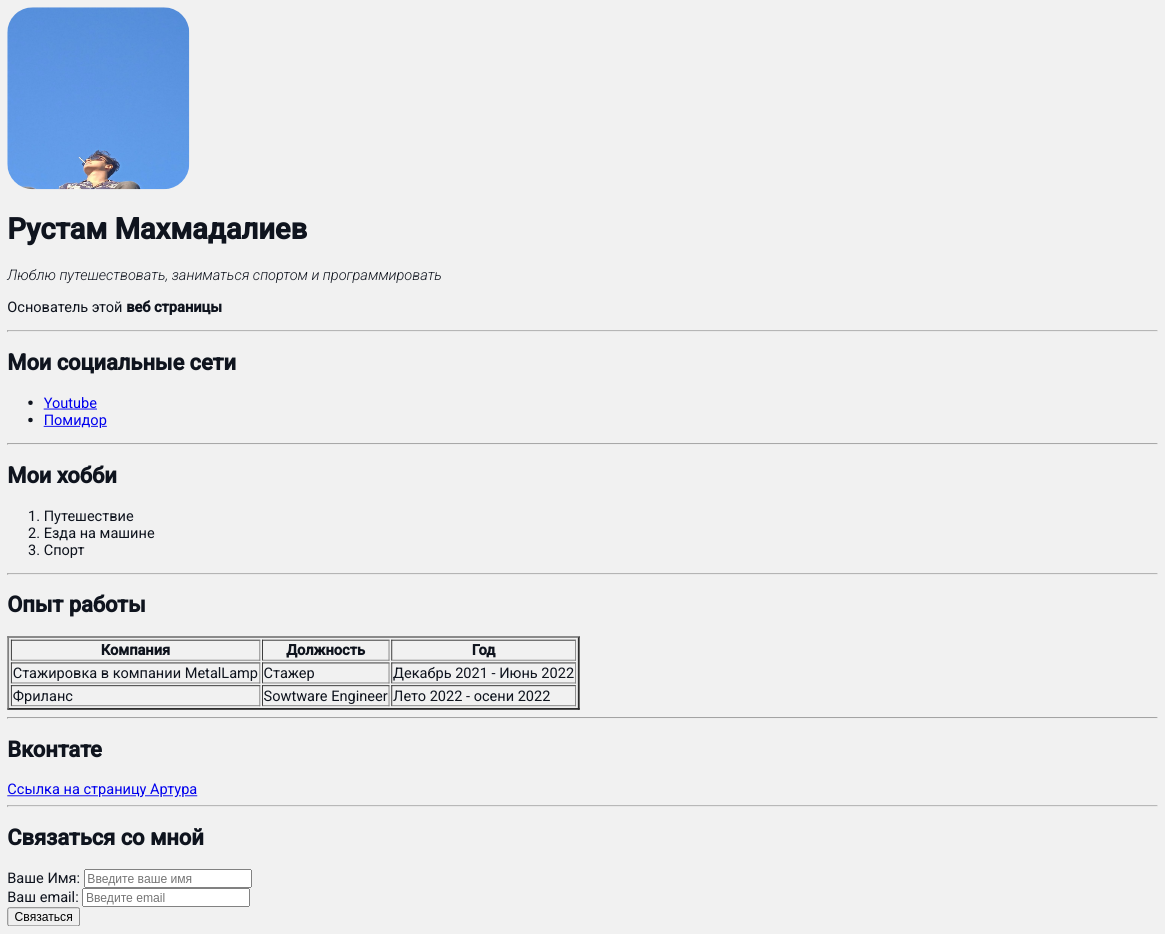
Repository: RustamMakh/html
Page: index.html
The author's editor kept a copy of each file at every save. The page is drawn from the files as they stood at one save, then again after the next save.
The browser window is 1280 px wide. The pictures show the whole page, at 91% of full size.

Above is the page before, as saved 2022-06-13 21:13:51.

### index.html
<!DOCTYPE html>
<html lang="ru">
<head>
    <meta charset="UTF-8">
    <meta http-equiv="X-UA-Compatible" content="IE=edge">
    <meta name="viewport" content="width=device-width, initial-scale=1.0">
    <title>Rustam resume</title>
    <link rel="stylesheet" href="styles.css">
</head>
 <body>
  <img class="avatar" src="avatar.jpg" alt="Тут моя фотка">
  <h1>Рустам Махмадалиев</h1>
  <p><em>Люблю путешествовать, заниматься спортом и программировать</em></p>
  <p>Основатель этой <strong>веб страницы</strong></p>
  <hr>

  <h2>Мои социальные сети</h2>
  <ul>
      <li> <a href="https://www.youtube.com/watch?v=DOEtVdkKwcU" target="_blank">Youtube </a></li>
      <li> <a href="https://bakunin.com/pomidor/" target="_blank">Помидор </a></li>
    </ul>
    <hr>

  <h2>Мои хобби</h2>
  <ol>
      <li>Путешествие</li>
      <li>Езда на машине</li>
      <li>Спорт</li>
  </ol>
  <hr>

  <h2>Опыт работы</h2>
  <table border="2">
    <tr>
      <th>Компания</th>
      <th>Должность</th>
      <th>Год</th>
    </tr>
    <tr>
      <td>Стажировка в компании MetalLamp</td>
      <td>Стажер</td>
      <td>Декабрь 2021 - Июнь 2022</td>
    </tr>
    <tr>
      <td>Фриланс</td>
      <td>Sowtware Engineer</td>
      <td>Лето 2022 - осени 2022</td>
    </tr>
  </table>
  <hr>

  <h2>Вконтате</h3>
  <a href="Вконтакте.html">Ссылка на страницу Артура</a>
  <hr>

  <h2>Связаться со мной</h2>
  <form action="/"
  <label for="name">Ваше Имя:</label>
  <input type="text" id="name" placeholder="Введите ваше имя">
<br>
  <label for="email">Ваш email:</label>
  <input type="email" id="email" placeholder="Введите email">
<br>
  <input type="submit" value="Связаться">
</body>
</html>

### styles.css
@import url('https://fonts.googleapis.com/css2?family=Roboto:ital,wght@0,300;0,400;0,500;1,300&display=swap');

body{
    background-color: #f1f1f1;
    color: #0f141e;
    font-size: 16px;
    font-weight: normal;
    font-family: 'Roboto', sans-serif;
}
.avatar {
    width: 200px;
    height: 200px;
    border-radius: 28px;
}

After the next save:
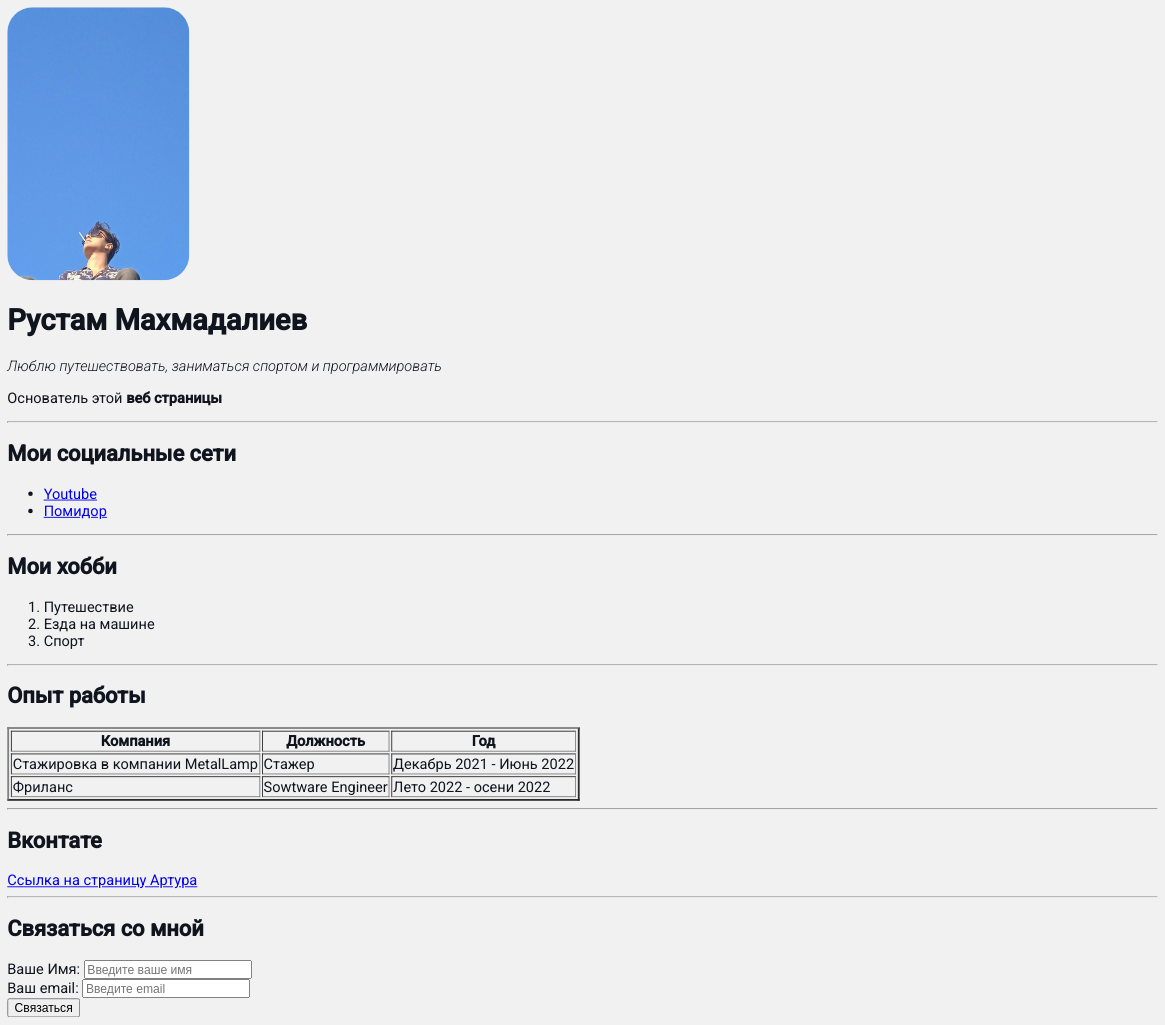
Saved 9 s later.
--- a/styles.css
+++ b/styles.css
@@ -9,6 +9,6 @@ body{
 }
 .avatar {
     width: 200px;
-    height: 200px;
+    height: 300px;
     border-radius: 28px;
 }
